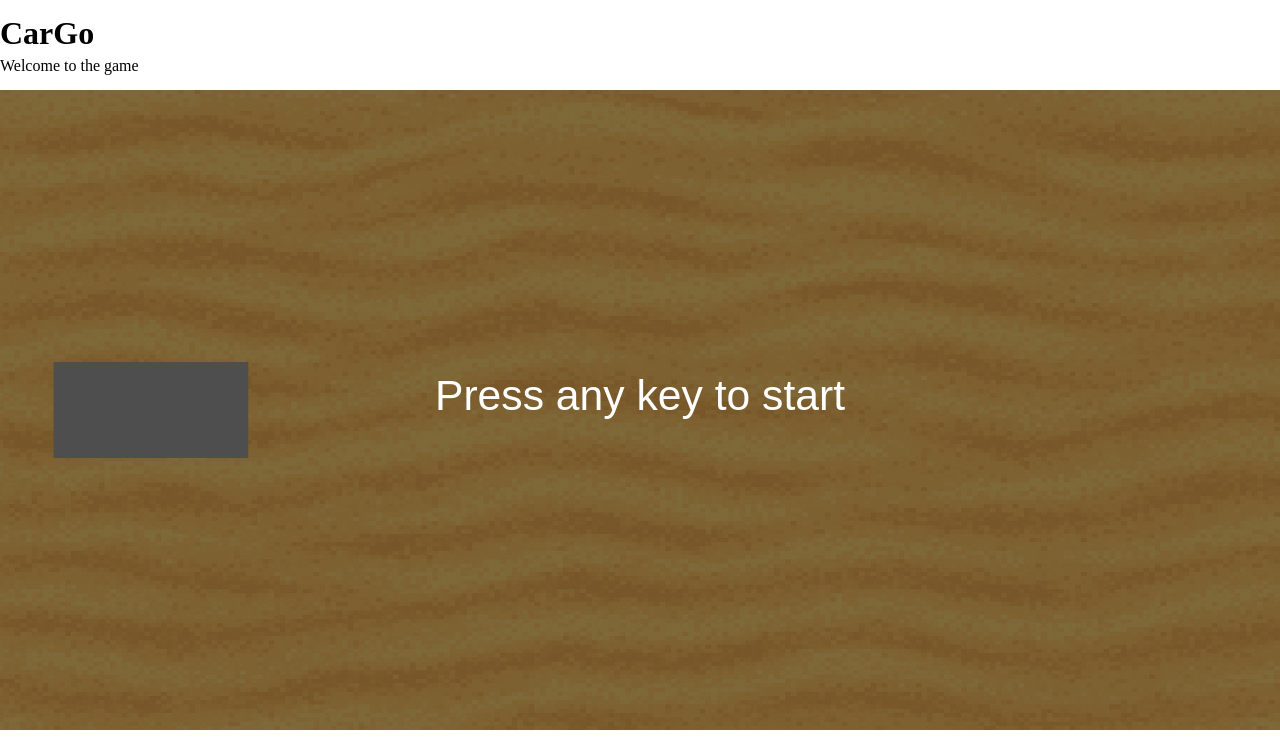
Repository: btgoo/game
Page: car.html
The author's editor kept a copy of each file at every save. The page is drawn from the files as they stood at one save, then again after the next save.
The browser window is 1280 px wide. The pictures show the whole page.

Above is the page before, as saved 2025-10-25 20:42:09.

After the next save:
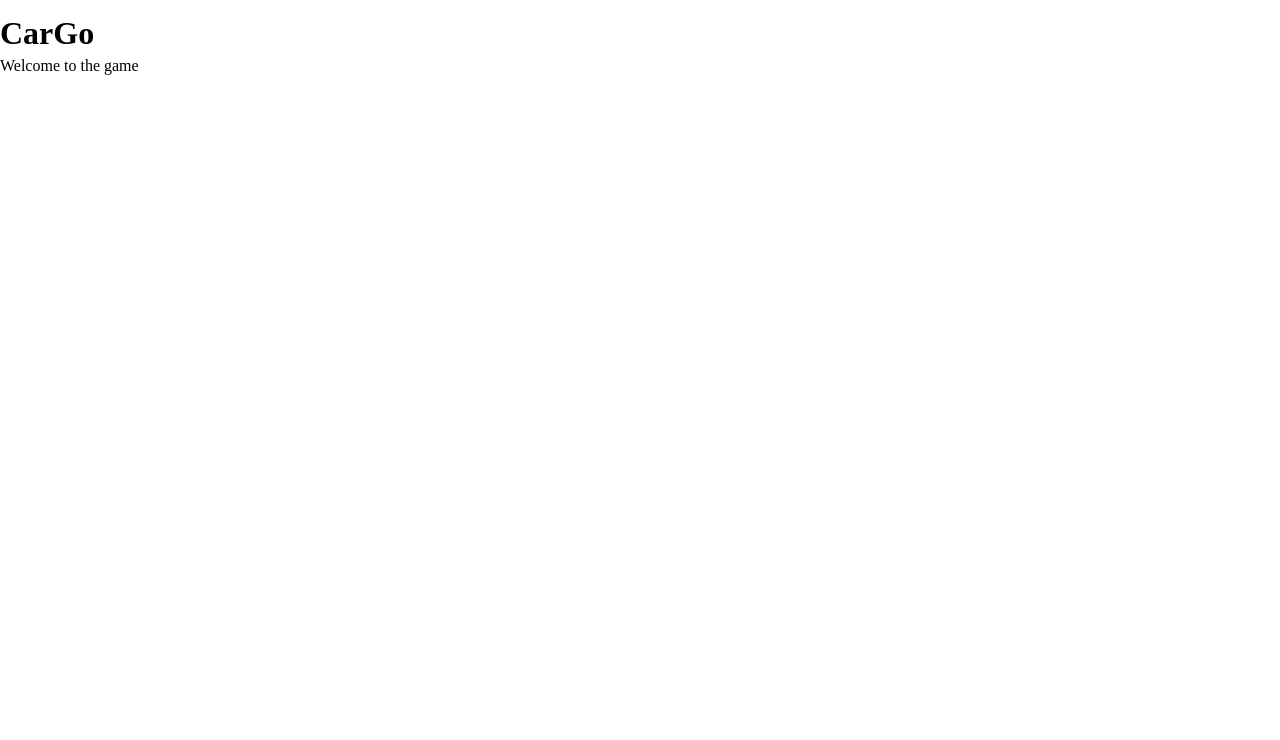
Console error: SyntaxError: Unexpected token '}'
Saved 26 s later.
--- a/carscript.js
+++ b/carscript.js
@@ -121,6 +121,17 @@
         car.width * scaleRatio,
         car.height * scaleRatio
     );
+    if (gameOver) {
+        ctx.fillStyle = "rgba(0, 0, 0, 0.6)";
+        ctx.fillRect(0, 0, canvas.width, canvas.height);
+        ctx.fillStyle = "white";
+        ctx.font = `${60 * scaleRatio}px Arial Black`;
+        ctx.textAlign = "center";
+        ctx.fillText("GAME OVER", canvas.width / 2, canvas.height / 2);
+        ctx.font = `${30 * scaleRatio}px Arial`;
+        ctx.fillText("Press any key to restart", canvas.width / 2, canvas.height / 2 + 60 * scaleRatio);
+      }
+    }
 }
 
 function gameLoop() {

After the 2 saves that followed:
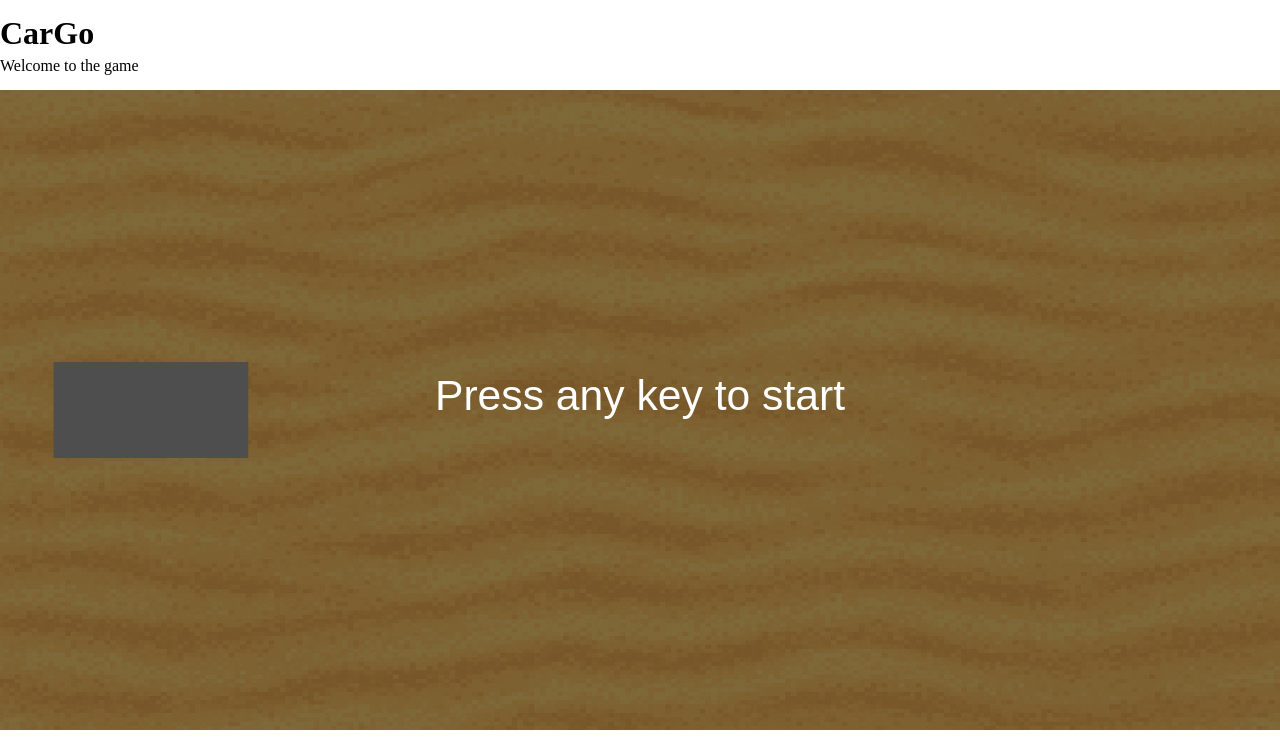
The error is gone.
The 2 saves are shown as one change because they came seconds apart.
The last was saved 9 s later.
--- a/carscript.js
+++ b/carscript.js
@@ -130,7 +130,6 @@
         ctx.fillText("GAME OVER", canvas.width / 2, canvas.height / 2);
         ctx.font = `${30 * scaleRatio}px Arial`;
         ctx.fillText("Press any key to restart", canvas.width / 2, canvas.height / 2 + 60 * scaleRatio);
-      }
     }
 }
 
